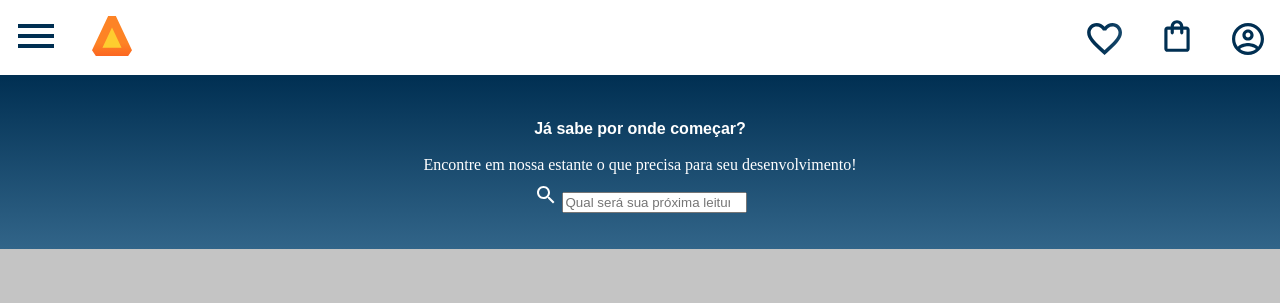
Repository: DamnDTX/projeto-mobile
Page: index.html
An editor plug-in stored every save of this project. The page is shown before and after the next save, followed by the edit.
The browser window is 1280 px wide. The pictures show the whole page.

Above is the page before, as saved 2023-07-28 09:37:42.

### index.html
<!DOCTYPE html>
<html lang="pt-br">
<head>
    <meta charset="UTF-8">
    <meta name="viewport" content="width=device-width, initial-scale=1.0">
    <title>Mobile project</title>
    <link href="./styles/reset.css" rel="stylesheet">
    <link href="./styles/styles.css" rel="stylesheet">


</head>
<body>
    <header class="cabecalho">
       <!--ELEMENTOS Á ESQUERDA-->

        <div class="container">
            <input type="checkbox" id="menu" class="container__botao">
            <label for="menu">
            <span class="cabecalho__menu-hamburguer container__imagem"></span>
            </label>
            <ul class="lista-menu">
                <li class="lista-menu__titulo">
                   Categorias
                </li>

                <li class="lista-menu__item">
                    <a href="#" class="lista-menu__link"> Programação</a>
                </li>

                <li class="lista-menu__item">
                    <a href="#" class="lista-menu__link">Front-End</a>
                </li>

                <li class="lista-menu__item">
                    <a href="#" class="lista-menu__link">Infraestrutura</a>
                </li>

                <li class="lista-menu__item">
                    <a href="#" class="lista-menu__link">Business</a>
                </li>

                <li class="lista-menu__item">
                    <a href="#" class="lista-menu__link">Design-UX</a>
                </li>
            </ul>
             <img src="./img/Logo.svg" class="container__imagem" alt="logo-AluraBooks">
    </div>

        <!--ELEMENTOS Á DIREITA-->

    <div class="container">
        <a href="#"><img src="./img/Favoritos.svg " class="container__imagem" alt="Favoritos"></a>

        <a href="#"><img src="./img/Sacola.svg" class="container__imagem"   alt="Sacola"></a>

        <a href="#"><img src="./img/Usuario.svg"  class="container__imagem" alt="Usuario"></a>
    </div>

</header>
   <section class="banner">
    <h2 class="banner__titulo">
        Já sabe por onde começar?
    </h2>
    <p class="banner__texto">
        Encontre em nossa estante o que precisa para seu desenvolvimento!
    </p>

    <img  src="./img/Pesquisa.svg" alt="lupa" class="banner__pesquisa__icone pesquisa">

    <input type="search" class="banner__pesquisa pesquisa" placeholder="Qual será sua próxima leitura?">

   </section>
</body>
</html>

### styles/styles.css
@import url(../styles/header.css);
/* Usamos o '@import" aqui pelo motivo de ser mais rádio o carregamento do arquivo, além de deixar o index.html com menos códigos*/
@import url(./banner.css);

:root{
    --cor-de-fundo-branco:#FFFFFF;
    --cor-de-fundo: #C4C4C4;
    --cor-titulos:#002F52;
    --cor--botoes:#EB9B00;
    --fonte-geral: 'Poppins', sans-serif;
    --tamanho-fonte-titulo:2rem;
}

@import url('https://fonts.googleapis.com/css2?family=Poppins&display=swap');

body{
    background-color: var(--cor-de-fundo);
}

.cabecalho{
    background-color: white;
    display: flex;
    justify-content: space-between;
    align-items: center;
}

.container__botao{
    display: none;
}

### styles/header.css
:root{
    --cor-de-fundo-branco:#FFFFFF;
    --cor-de-fundo: #C4C4C4;
    --cor-titulos:#3c464e;
    --cor-botoes:#EB9B00;
    --fonte-geral: 'Poppins', sans-serif;
    --tamanho-fonte-titulo:2rem;
    --tamanho-fonte-subtitulo:1.3rem;
    --tamanho-fonte-geral:1rem;
    --peso-fonte-geral:400;
    --peso-fonte-titulo:700;
    --peso-fonte-sublinhado:200;
}


.cabecalho__menu-hamburguer {
    width:40px;
    height:40px;
    background-image: url(../img/Menu.svg);
    display: inline-block;
}

/* inline-block pois assim permite ajustes de altura e largura, lembrando que com o display=block não conseguimos fazer tais ajustes */

.cabecalho{
    background-color: var(--cor-de-fundo-branco);
    display: flex;
    justify-content: space-between;
    align-items: center;
    position: relative;
}

/*APÓS ESTA LINHA ACIMA OS ELEMENTOS FICARAM Á ESQUERDA, MAS ISTO ACONTECEU POIS COLOCAMOS-O EM OUTRO ARQUIVO CSS, ESTE ESQUEMA É MUITO BOM QUANDO PRECISAMOS FAZER UM MENU DESSE JEITO SEM USAR JAVASCRIPT, CLARO, O GRANDE SEGREDO FOI O 'justify-content'*/

.container__imagem{
    padding: 1rem;
    background-position: center;
    background-repeat: no-repeat;
    top: 100%;
}

.lista-menu{
    display: none;
    position: absolute;
    width: 55vw;

}

.container__botao:checked~.lista-menu {
    display: block;
}

.lista-menu__titulo{
    color: var(--cor-titulos);
    font-size: var(--tamanho-fonte-geral);
    font-family: var(--fonte-geral);
    font-weight: var(--peso-fonte-titulo);
}

.lista-menu__link{
    color: var(--cor-botoes);
    font-size: var(--tamanho-fonte-geral);
    font-family: var(--fonte-geral);
    text-decoration: none;
    text-transform: uppercase;
    font-weight: var(--peso-fonte-geral);
}

.lista-menu__titulo,
.lista-menu__item{
    background-color: var(--cor-de-fundo-branco);
    padding: 1rem;
}

### styles/banner.css
:root{
    --cor-de-fundo-branco:#FFFFFF;
    --cor-de-fundo: #C4C4C4;
    --cor-titulos:#002F52;
    --cor--botoes:#EB9B00;
    --fonte-geral: 'Poppins', sans-serif;
    --tamanho-fonte-titulo:2rem;
    --cor-fonte-banner: #FFFFFF;
}

.banner{
    background:linear-gradient(#002F52, #326589) ;
    color: var(--cor-fonte-banner);
    text-align: center;
    padding: 5vh;
}

.banner__titulo{
    font-family: var(--fonte-geral);
    font-weight:700;
    padding: 10px;
}

.banner__texto{
    font-size: 1rem;
    font-weight: 500;
    padding: 10px;
}

Loaded but not shown: styles/reset.css (common file)

After the next save:
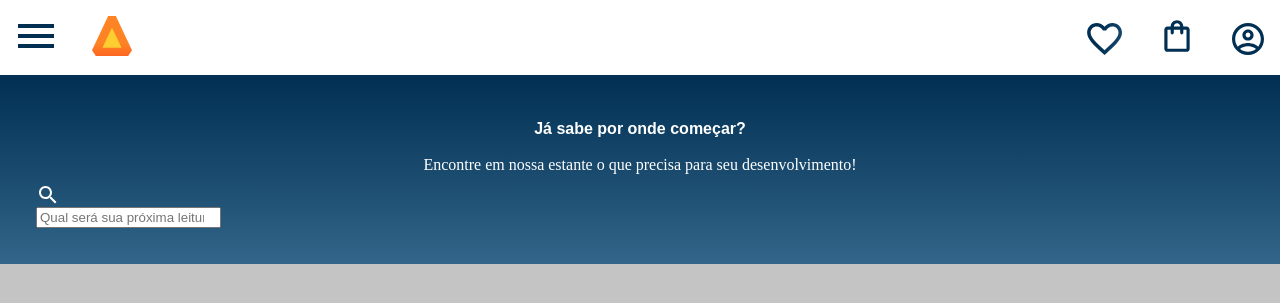
Saved 15 s later.
--- a/styles/banner.css
+++ b/styles/banner.css
@@ -26,3 +26,7 @@
     font-weight: 500;
     padding: 10px;
 }
+
+.pesquisa{
+    display: flex;
+}

After the 3 saves that followed:
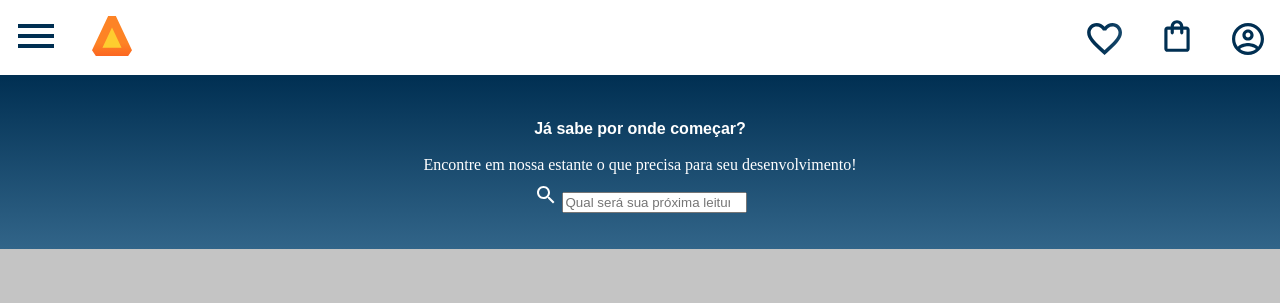
The 3 saves are shown as one change because 2 left the picture as it was.
The last was saved 106 s later.
--- a/styles/banner.css
+++ b/styles/banner.css
@@ -28,5 +28,7 @@
 }
 
 .pesquisa{
-    display: flex;
+    display:inline-block;
+    justify-content: ;
+    align-items: center;
 }
